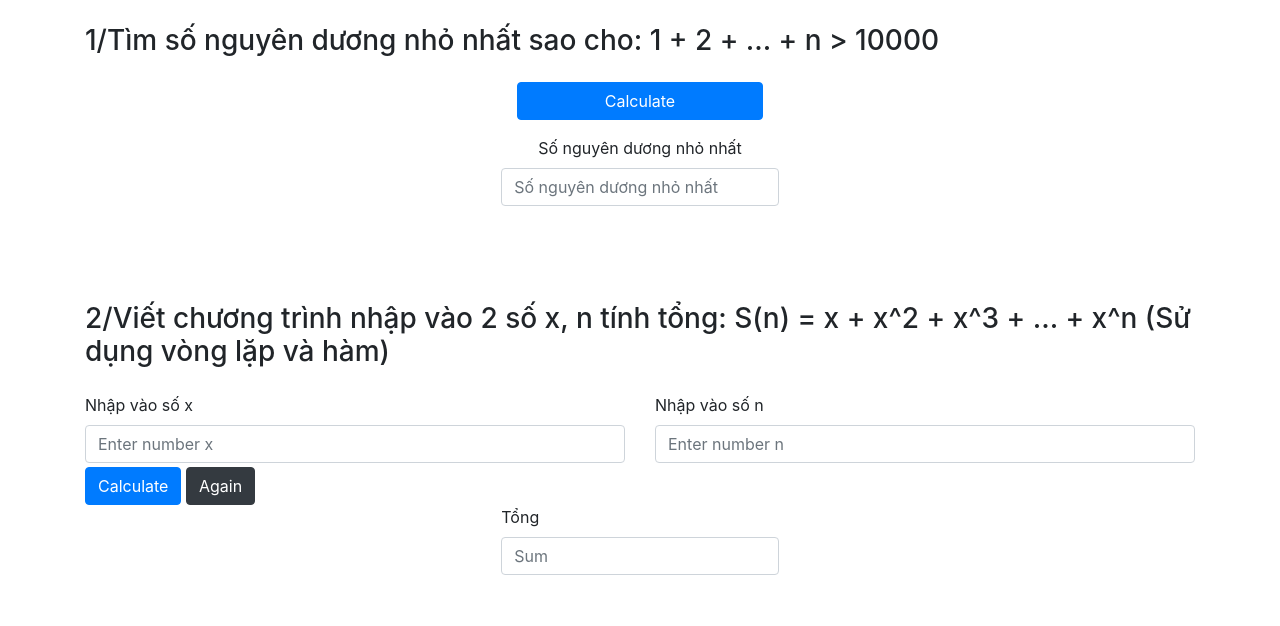
Repository: baobaodeveloper/bootcamp21__loop__HuynhAnhBao
Page: index.html
These files come from the project's save history. The page is drawn as it stood at one moment and after the next save; the edit follows.
The browser window is 1280 px wide. The pictures show the whole page.

Above is the page before, as saved 2022-03-16 23:22:20.

### index.html
<!DOCTYPE html>
<html lang="en">
  <head>
    <title>Exercise Js</title>
    <!-- Required meta tags -->
    <meta charset="utf-8" />
    <meta
      name="viewport"
      content="width=device-width, initial-scale=1, shrink-to-fit=no"
    />

    <!-- Bootstrap CSS -->
    <link
      rel="stylesheet"
      href="https://stackpath.bootstrapcdn.com/bootstrap/4.3.1/css/bootstrap.min.css"
      integrity="sha384-ggOyR0iXCbMQv3Xipma34MD+dH/1fQ784/j6cY/iJTQUOhcWr7x9JvoRxT2MZw1T"
      crossorigin="anonymous"
    />
  </head>
  <body>
    <!--1/Tìm số nguyên dương nhỏ nhất sao cho:
    1 + 2 + … + n > 10000-->
    <div class="container mt-4">
      <h3>1/Tìm số nguyên dương nhỏ nhất sao cho: 1 + 2 + … + n > 10000</h3>
      <div class="mb-3 flex-md-column d-flex w-25 m-auto text-center">
        <button type="button" id="min-number" class="btn btn-primary m-3">
          Calculate
        </button>
        <label class="form-label">Số nguyên dương nhỏ nhất</label>
        <input
          type="email"
          class="form-control"
          id="result1"
          placeholder="Số nguyên dương nhỏ nhất"
        />
      </div>
    </div>

    <!--2/Viết chương trình nhập vào 2 số x, n tính tổng: S(n) = x + x^2 + x^3 + … + x^n (Sử
    dụng vòng lặp và hàm)-->
    <div class="container mt-5 pt-5">
      <h3>
        2/Viết chương trình nhập vào 2 số x, n tính tổng: S(n) = x + x^2 + x^3 +
        … + x^n (Sử dụng vòng lặp và hàm)
      </h3>
      <div class="row mt-4">
        <div class="col">
          <label class="form-label">Nhập vào số x</label>
          <input
            type="text"
            class="form-control"
            placeholder="Enter number x"
            id="number-x"
          />
        </div>
        <div class="col">
          <label class="form-label">Nhập vào số n</label>
          <input
            type="text"
            class="form-control"
            placeholder="Enter number n"
            id="number-n"
          />
        </div>
      </div>

      <div class="mt-1">
        <button type="button" id="calculate-sum" class="btn btn-primary">
          Calculate
        </button>
        <button type="button" id="calculate-sum" class="btn btn-dark">
          Again
        </button>
      </div>

      <div class="w-25 m-auto">
        <label class="form-label">Tổng</label>
        <input
          type="email"
          class="form-control"
          id="result2"
          placeholder="Sum"
        />
      </div>
    </div>

    <!-- Optional JavaScript -->
    <!-- jQuery first, then Popper.js, then Bootstrap JS -->
    <script
      src="https://code.jquery.com/jquery-3.3.1.slim.min.js"
      integrity="sha384-q8i/X+965DzO0rT7abK41JStQIAqVgRVzpbzo5smXKp4YfRvH+8abtTE1Pi6jizo"
      crossorigin="anonymous"
    ></script>
    <script
      src="https://cdnjs.cloudflare.com/ajax/libs/popper.js/1.14.7/umd/popper.min.js"
      integrity="sha384-UO2eT0CpHqdSJQ6hJty5KVphtPhzWj9WO1clHTMGa3JDZwrnQq4sF86dIHNDz0W1"
      crossorigin="anonymous"
    ></script>
    <script
      src="https://stackpath.bootstrapcdn.com/bootstrap/4.3.1/js/bootstrap.min.js"
      integrity="sha384-JjSmVgyd0p3pXB1rRibZUAYoIIy6OrQ6VrjIEaFf/nJGzIxFDsf4x0xIM+B07jRM"
      crossorigin="anonymous"
    ></script>

    <!-- <script src="exercise1.js"></script> -->
    <script src="exercise2.js"></script>
  </body>
</html>

### exercise2.js
const numX = document.getElementById("number-x");
const numN = document.getElementById("number-n");
document.getElementById("calculate-sum").addEventListener("click", () => {
  if (numN.value && numX.value) {
    let numXValue = +numX.value;
    let numNValue = +numN.value;
    let sum = 0;
    for (let i = 1; i <= numNValue; i++) {
      sum += numXValue ** i;
    }
    console.log(sum);
  }
});

After the next save:
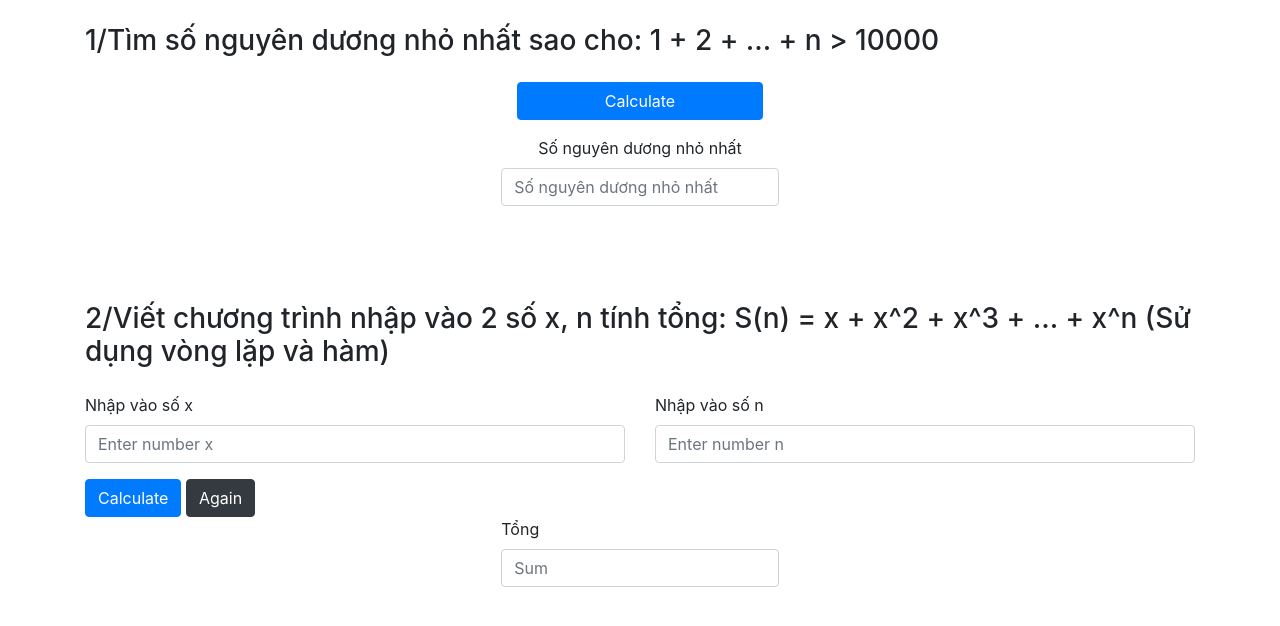
Saved 5 s later.
--- a/index.html
+++ b/index.html
@@ -64,7 +64,7 @@
         </div>
       </div>
 
-      <div class="mt-1">
+      <div class="mt-3">
         <button type="button" id="calculate-sum" class="btn btn-primary">
           Calculate
         </button>
